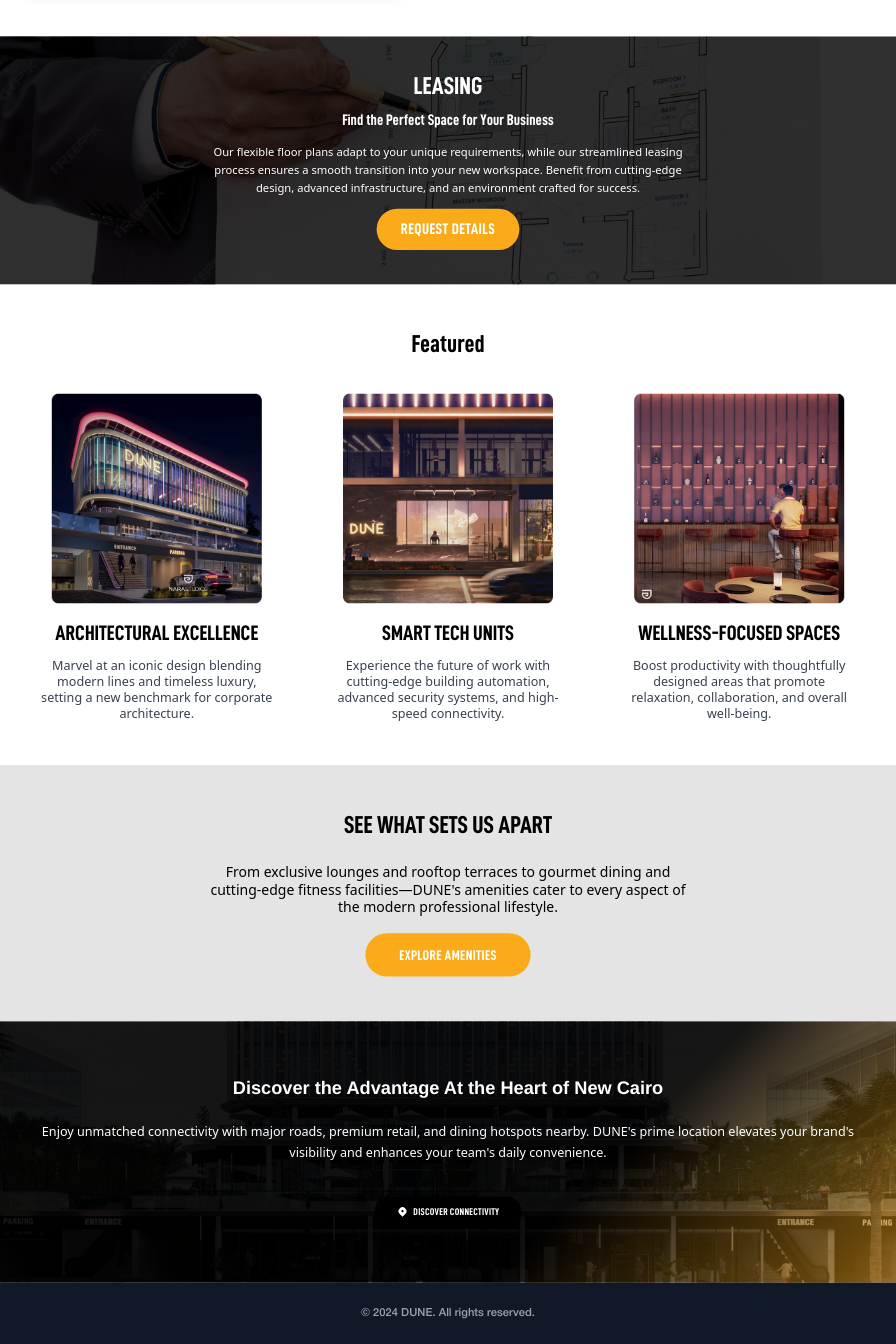
Repository: ahmedassr5765/dune
Page: index.html
An editor plug-in stored every save of this project. The page is shown before and after a run of saves, followed by the edit.
The browser window is 1280 px wide. The pictures show the part of the page from y = 2053 to 3973 px (the page is 3973 px tall), at 70% of full size.
Some web libraries are served in a nearby version.

Above is the page before, as saved 2025-07-12 19:22:48.

After the next 3 saves:
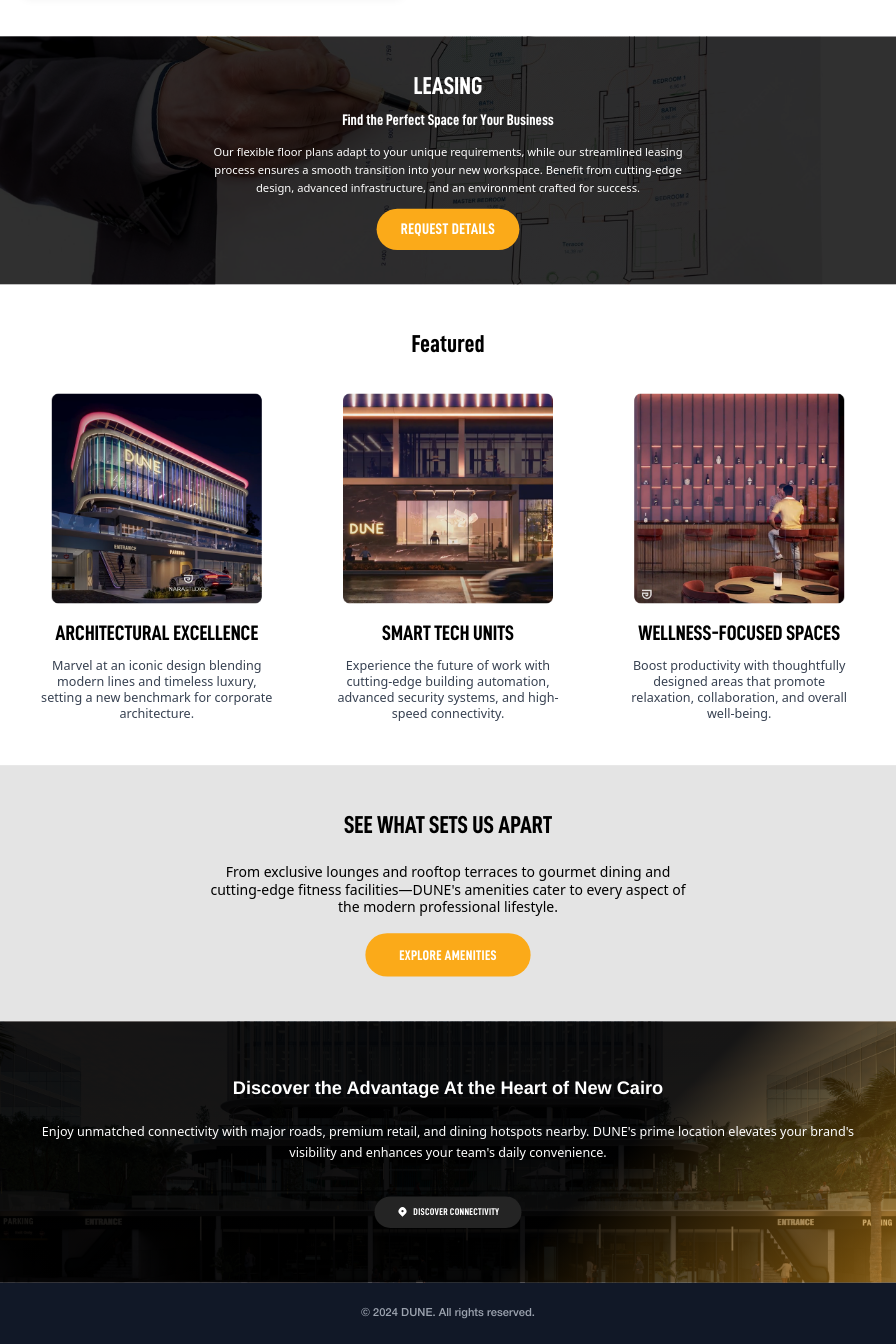
The 3 saves are shown as one change because they came seconds apart.
The last was saved 19 s later.
--- a/index.html
+++ b/index.html
@@ -421,7 +421,7 @@
                 </p>
 
                 <!-- CTA Button with Icon -->
-                <button class="bg-black hover:bg-gray-800 text-white py-[12px] px-[32px] rounded-full text-[14px] font-bold transition-colors duration-300 uppercase tracking-wide discover-cta font-ddin inline-flex items-center gap-2"
+                <button class="bg-[#242424] hover:bg-gray-800 text-white py-[12px] px-[32px] rounded-full text-[14px] font-bold transition-colors duration-300 uppercase tracking-wide discover-cta font-ddin inline-flex items-center gap-2"
                         data-en="DISCOVER CONNECTIVITY"
                         data-ar="اكتشف الاتصال">
                     <!-- Location Icon -->
